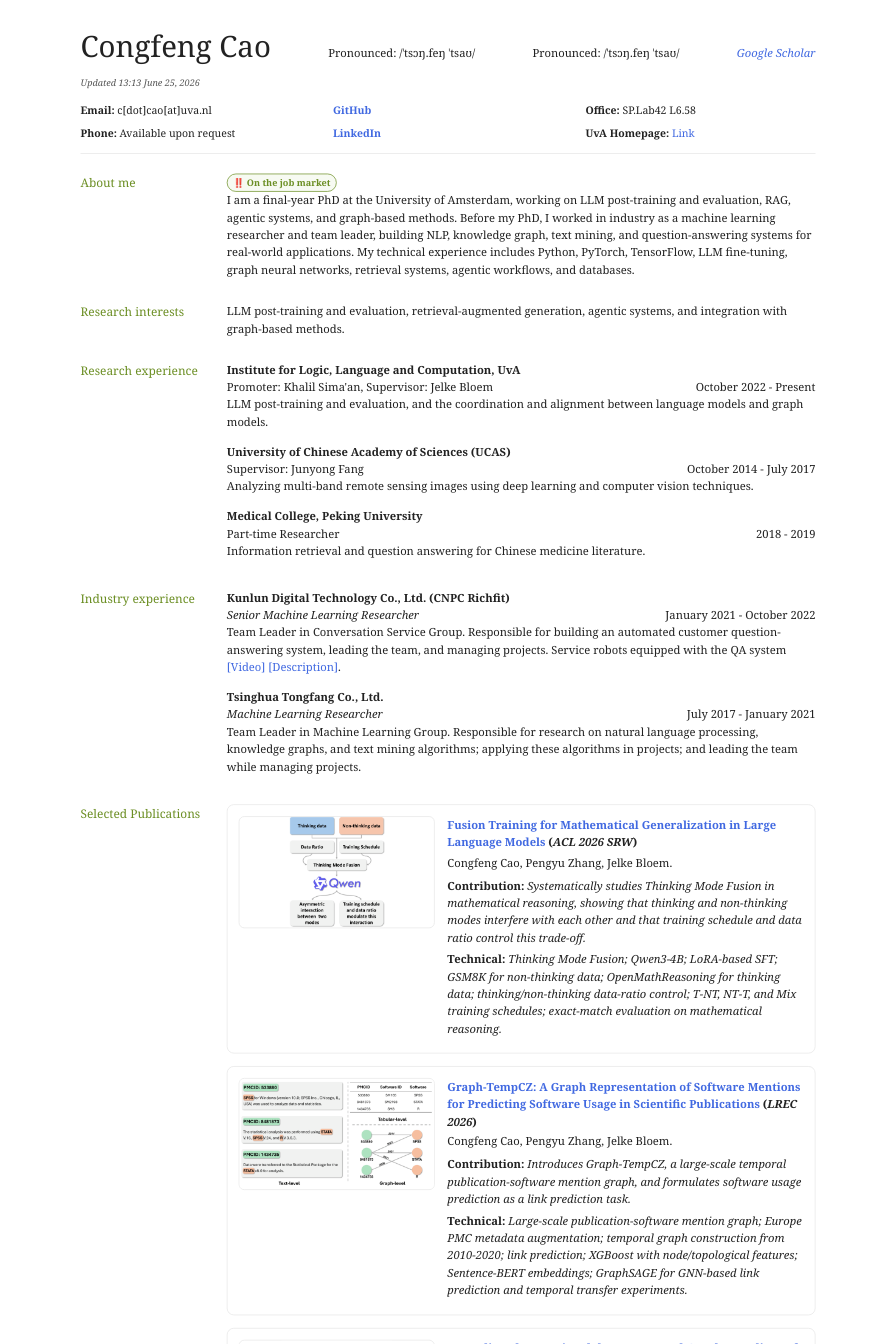
Repository: caocongfeng/caocongfeng.github.io
Page: index.html
An editor plug-in stored every save of this project. The page is shown before and after the next save, followed by the edit.
The browser window is 1280 px wide. The pictures show the part of the page from y = 0 to 1920 px (the page is 4792 px tall before and 4752 px after), at 70% of full size.

Above is the page before, as saved 2026-06-25 13:16:43.

After the next save:
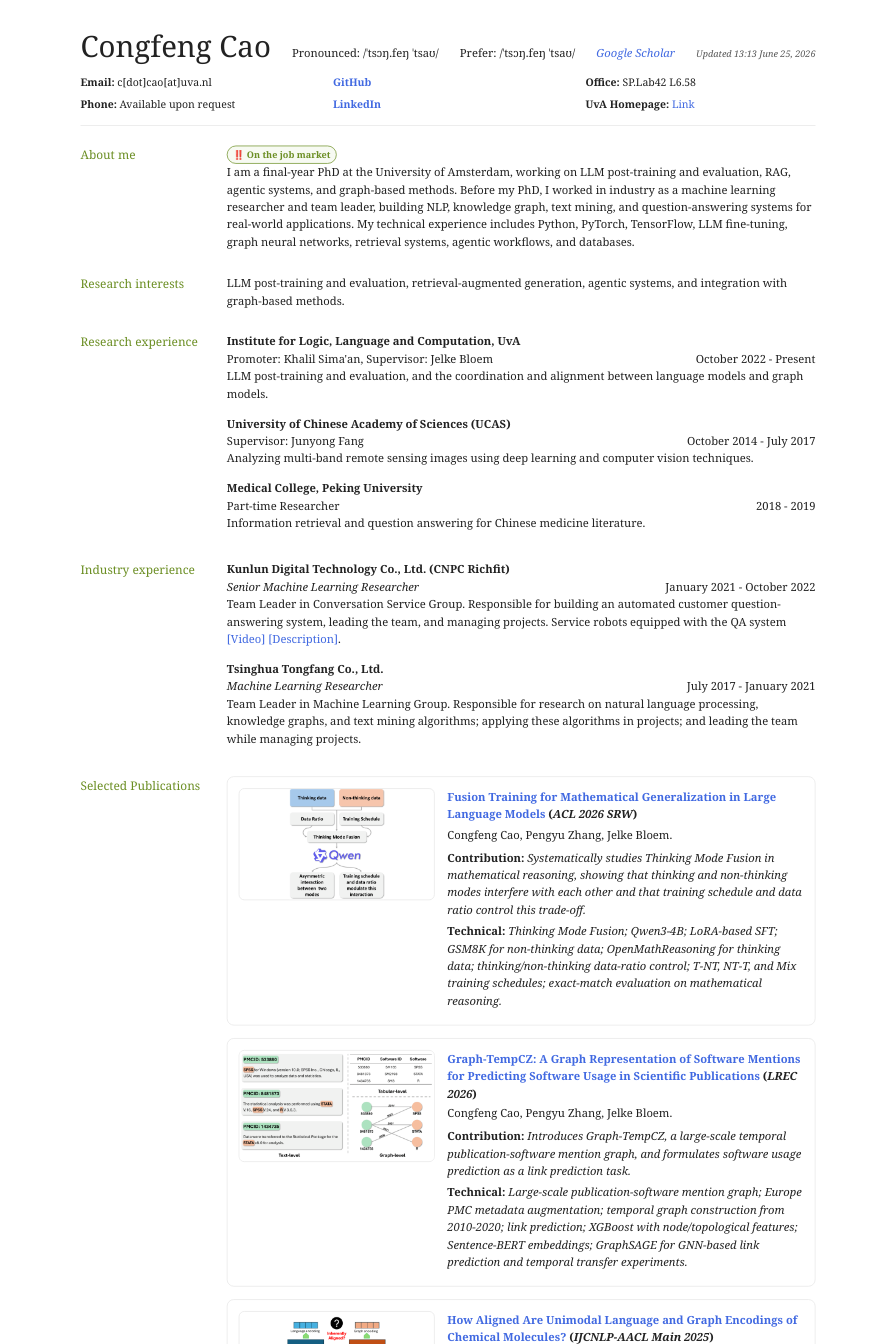
Saved 9 s later.
--- a/index.html
+++ b/index.html
@@ -329,7 +329,7 @@
         <!-- <h1></h1> -->
         <h1>Congfeng Cao</h1>
         <div class="pronunciation">Pronounced: /ˈtsɔŋ.feŋ ˈtsaʊ/</div>
-        <div class="pronunciation">Pronounced: /ˈtsɔŋ.feŋ ˈtsaʊ/</div>
+        <div class="pronunciation">Prefer: /ˈtsɔŋ.feŋ ˈtsaʊ/</div>
         <div class="pronunciation"><i><a href="https://scholar.google.com/citations?user=qypJhesAAAAJ&hl=en">Google Scholar</a></i></div>
         <div class="updated">Updated 13:13 June 25, 2026</div>
       </div>
